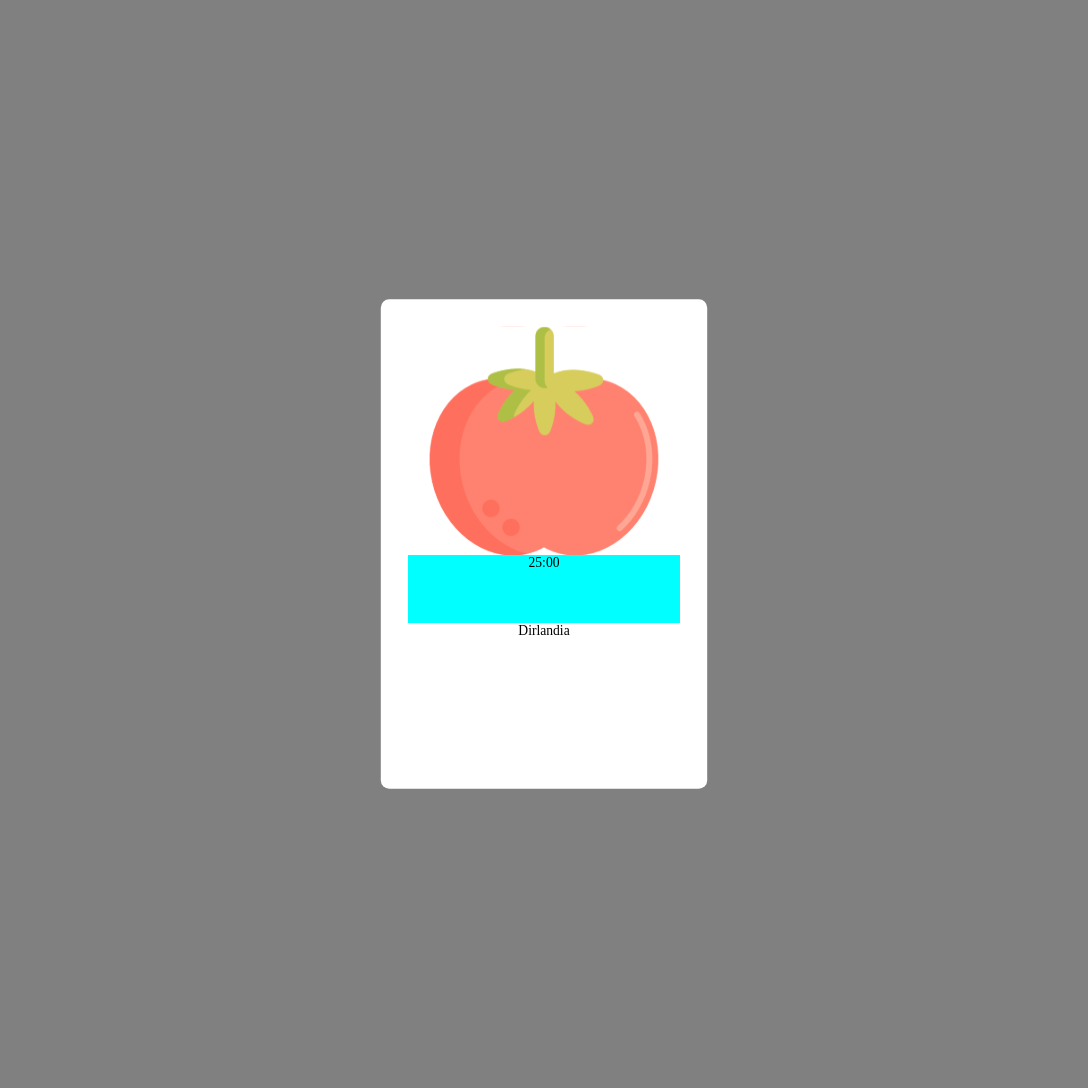
Repository: Dirlandia404/pomodoro
Page: /
The author's editor kept a copy of each file at every save. The page is drawn from the files as they stood at one save, then again after the next save.
The browser window is 1280 px wide. The pictures show the whole page, at 85% of full size.
The project was rebuilt for these pictures with package versions that can differ from the ones it lists, and the page was loaded fresh each time.

Above is the page before, as saved 2021-11-24 23:31:57.

### public/index.html
<!DOCTYPE html>
<html lang="en">

<head>
  <meta charset="utf-8" />
  <link rel="icon" href="%PUBLIC_URL%/image 1.png" />
  <meta name="viewport" content="width=device-width, initial-scale=1" />
  <meta name="theme-color" content="#000000" />
  <meta name="description" content="Web site created using create-react-app" />
  <link rel="apple-touch-icon" href="%PUBLIC_URL%/logo192.png" />
  <!--
      manifest.json provides metadata used when your web app is installed on a
      user's mobile device or desktop. See https://developers.google.com/web/fundamentals/web-app-manifest/
    -->
  <link rel="manifest" href="%PUBLIC_URL%/manifest.json" />
  <!--
      Notice the use of %PUBLIC_URL% in the tags above.
      It will be replaced with the URL of the `public` folder during the build.
      Only files inside the `public` folder can be referenced from the HTML.

      Unlike "/favicon.ico" or "favicon.ico", "%PUBLIC_URL%/favicon.ico" will
      work correctly both with client-side routing and a non-root public URL.
      Learn how to configure a non-root public URL by running `npm run build`.
    -->
  <title>Pomodoro Clock</title>
</head>

<body>
  <noscript>You need to enable JavaScript to run this app.</noscript>
  <div id="root"></div>
  <!--
      This HTML file is a template.
      If you open it directly in the browser, you will see an empty page.

      You can add webfonts, meta tags, or analytics to this file.
      The build step will place the bundled scripts into the <body> tag.

      To begin the development, run `npm start` or `yarn start`.
      To create a production bundle, use `npm run build` or `yarn build`.
    -->
</body>

</html>

### src/index.jsx
import React from "react";
import ReactDOM from "react-dom";
import Clock from "./componentes/Primeiro";

function App() {
    const  tempo ={time:25};

    return(
        <div className="App">
            <Clock trabalho={tempo} />
        </div>
    );
}
ReactDOM.render(
    <App />,
    document.getElementById("root")
)

### src/componentes/Primeiro.jsx
import { useEffect, useState } from "react";
import "./componente.css";

function Clock(props){
  const [time, setTime] = useState(25);

    const tick = () =>{
        if(time === 0){
            reset();
        }else{
            setTime([time -1]);
        }
    }
    const reset = () => setTime(parseInt(time));

    useEffect(() =>{
        const timerId = setInterval(() => tick, 60);
        return () => clearInterval(timerId)
    })
    return (
        <main>
            <form action="">
                <img src="/tomato.svg" alt="Tomate" />
                <p class="time">25:00</p>
            </form>
           <p >Dirlandia</p>
        </main>
    );
}

export default Clock

### src/componentes/componente.css
*{
    margin: 0;
    border: 0;
    padding: 0;
}
body{
    background-color: grey;
    min-width: 100vw;
    min-height: 100vw;
    display: flex;

    text-align: center;
    align-items: center;
    justify-content: center;
}
main {
    background-color: white;
    min-width: 320px;
    min-height: 40vw;

    justify-content: center;

    padding: 2rem;
    border-radius: 10px;

}

form{
    display: flex;
    flex-direction: column;
}
img{
    width: 100%;
}
p.time {
    background-color: aqua;
    height: 80px;
    text-align: center;
}

After the next save:
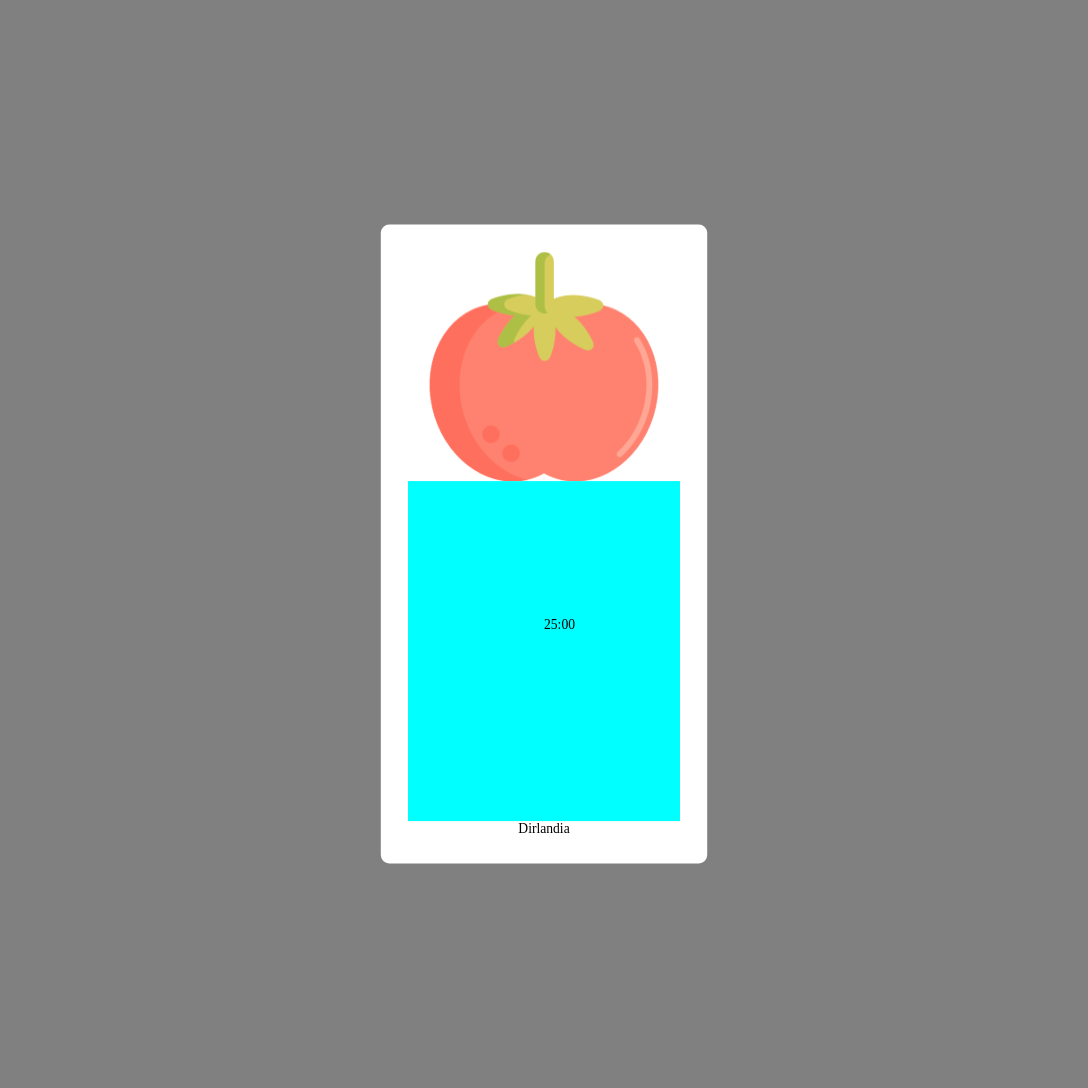
Saved 10 s later.
--- a/src/componentes/componente.css
+++ b/src/componentes/componente.css
@@ -35,5 +35,5 @@ img{
 p.time {
     background-color: aqua;
     height: 80px;
-    text-align: center;
+    padding: 50%;
 }
